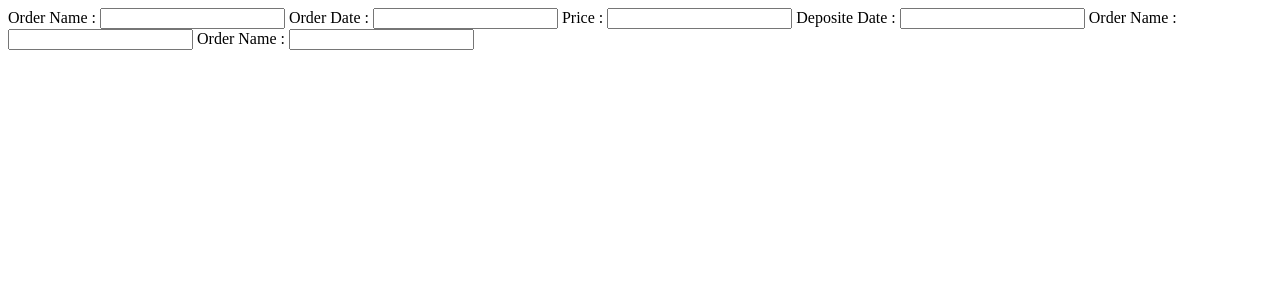
Repository: cheukyin21hk/DudeClothingConsole
Page: http://localhost/DudeClothing/WEB-INF/views/orderMgt.jsp
These files come from the project's save history. The page is drawn as it stood at one moment and after the next save; the edit follows.
The browser window is 1280 px wide. The pictures show the whole page.
The page is served by Tomcat 9. Nobody is signed in. Other server files are loaded and not shown. The template is opened directly, without the code that normally fills it, so the values that code supplies are empty.

Above is the page before, as saved 2015-06-01 02:48:18.

### DudeClothing/src/main/webapp/WEB-INF/views/orderMgt.jsp
<%@ page language="java" contentType="text/html; charset=UTF-8"
	pageEncoding="UTF-8"%>
<!DOCTYPE html PUBLIC "-//W3C//DTD HTML 4.01 Transitional//EN" "http://www.w3.org/TR/html4/loose.dtd">
<html>
<head>
<meta http-equiv="Content-Type" content="text/html; charset=UTF-8">
<title>DudeClothing - Order Info Management</title>
</head>
<body>
Order Name : <input type='text'>
Order Date : <input type='text'>
Price : <input type='text'>
Deposite Date : <input type='text'>
Order Name : <input type='text'>
Order Name : <input type='text'>
</body>
</html>

After the next save:
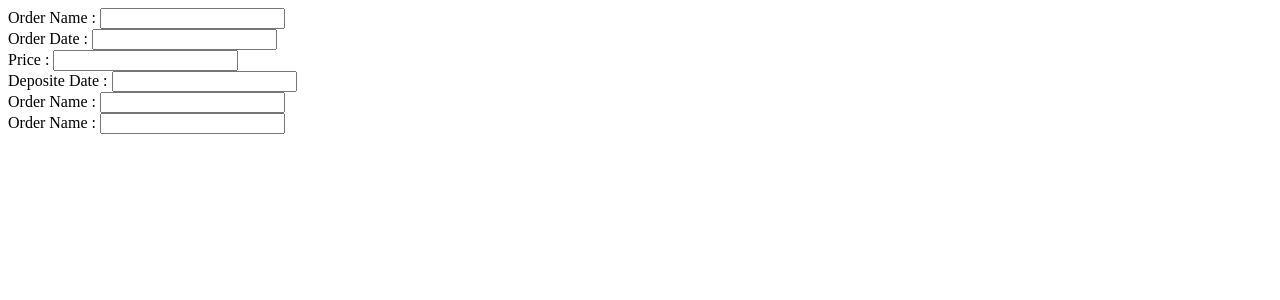
Saved 16 s later.
--- a/DudeClothing/src/main/webapp/WEB-INF/views/orderMgt.jsp
+++ b/DudeClothing/src/main/webapp/WEB-INF/views/orderMgt.jsp
@@ -7,11 +7,11 @@
 <title>DudeClothing - Order Info Management</title>
 </head>
 <body>
-Order Name : <input type='text'>
-Order Date : <input type='text'>
-Price : <input type='text'>
-Deposite Date : <input type='text'>
-Order Name : <input type='text'>
-Order Name : <input type='text'>
+Order Name : <input type='text'><br/>
+Order Date : <input type='text'><br/>
+Price : <input type='text'><br/>
+Deposite Date : <input type='text'><br/>
+Order Name : <input type='text'><br/>
+Order Name : <input type='text'><br/>
 </body>
 </html>
